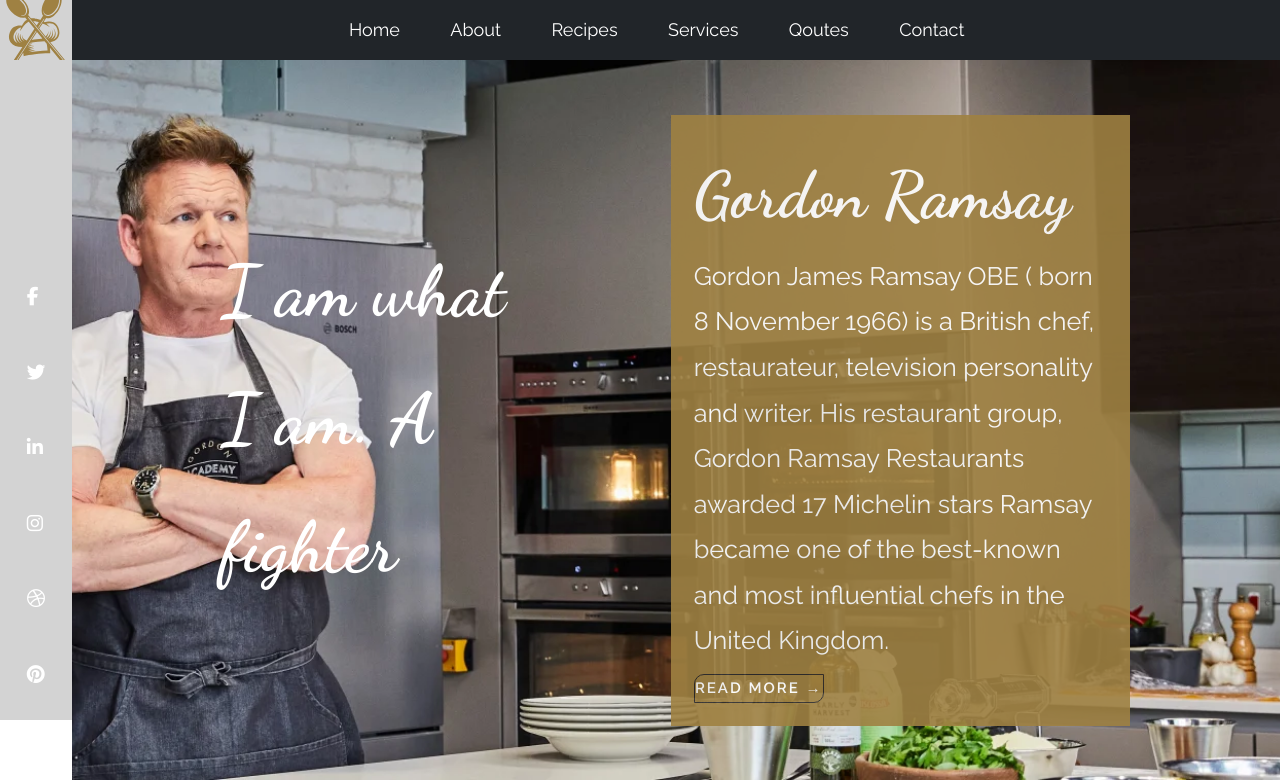
Repository: Esraa22M/Gordon-Ramsay-Biography
Page: index.html
The author's editor kept a copy of each file at every save. The page is drawn from the files as they stood at one save, then again after the next save.
The browser window is 1280 px wide. The pictures show the whole page.
Backgrounds fixed to the window are drawn as part of the page. Some web libraries are served in a nearby version.

Above is the page before, as saved 2022-12-13 16:39:19.

After the next save:
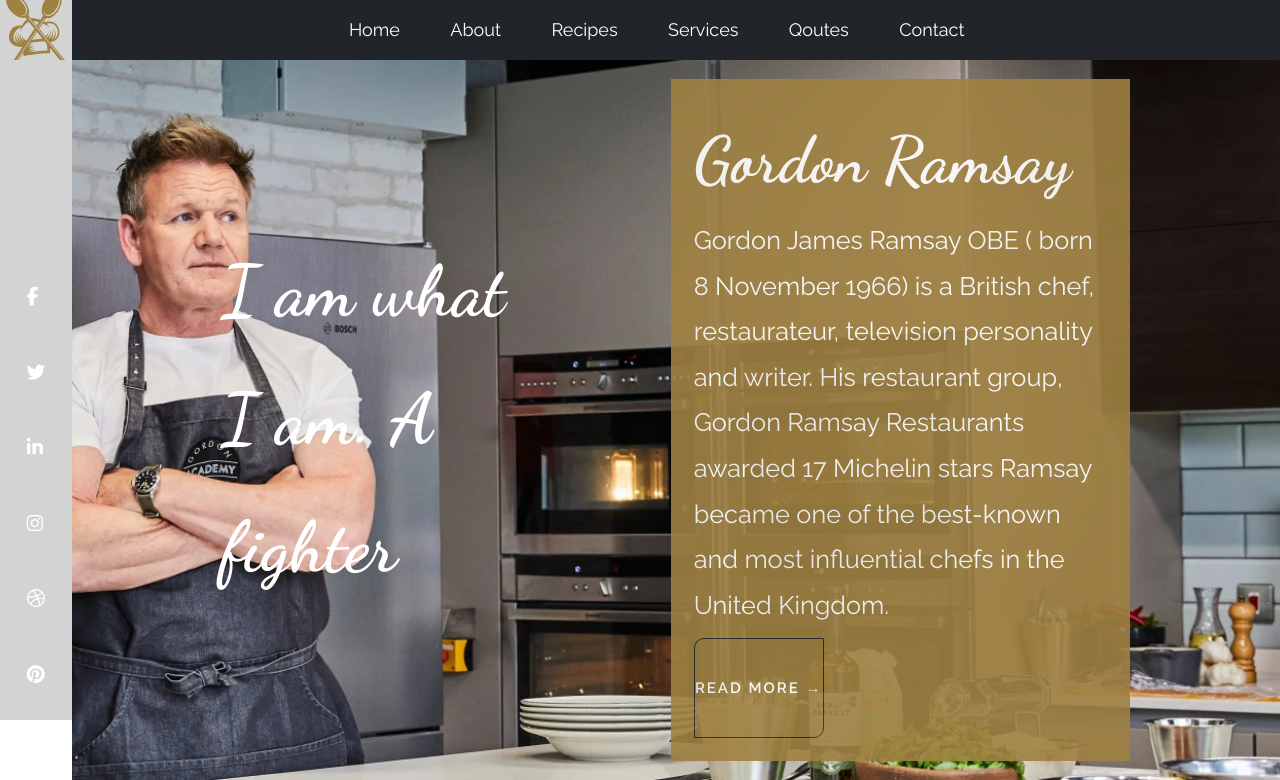
Saved 5 s later.
--- a/style.css
+++ b/style.css
@@ -185,7 +185,7 @@
 }
 .show-case__content--link:visited,
 .show-case__content--link:link {
-  padding: calc(1rem+2vw) 0;
+  padding: calc(1rem + 2vw) 0;
   transition: all 0.5s ease-in-out;
   width: 13rem;
   text-align: center;
